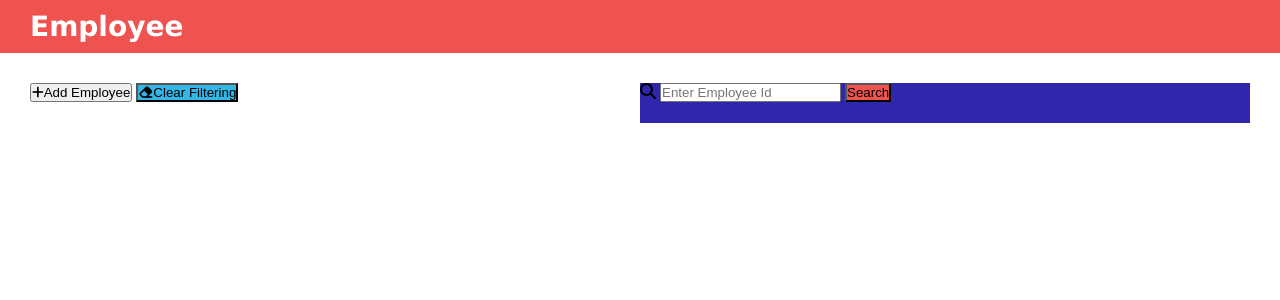
Repository: shivaniwankar21/employe_Registration
Page: index.html
An editor plug-in stored every save of this project. The page is shown before and after the next save, followed by the edit.
The browser window is 1280 px wide. The pictures show the whole page.

Above is the page before, as saved 2024-03-06 16:03:41.

After the next save:
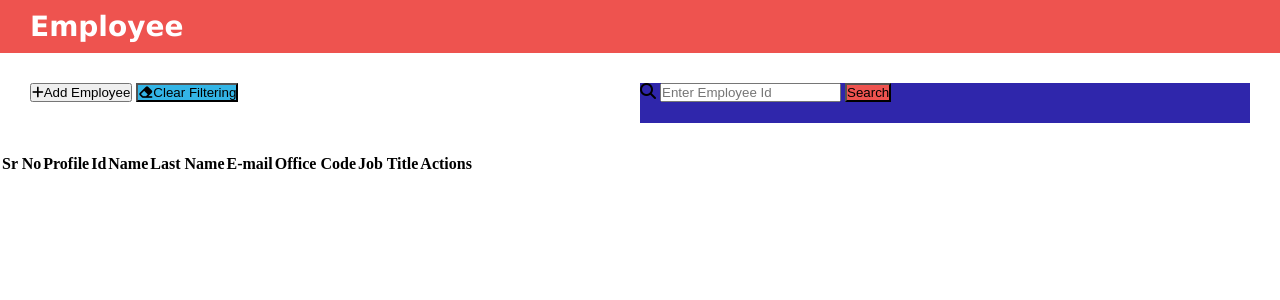
Saved 5 min 8 s later.
--- a/index.html
+++ b/index.html
@@ -26,7 +26,22 @@
       <button style=" background-color: #ee534f">Search</button>
     </div>
   </div>
-  <script type="module" src="script.js"></script>
+  <div class="table-box">
+    <table>
+      <tr>
+        <th>Sr No</th>
+        <th>Profile</th>
+        <th>Id</th>
+        <th>Name</th>
+        <th>Last Name</th>
+        <th>E-mail</th>
+        <th>Office Code</th>
+        <th>Job Title</th>
+        <th>Actions</th>
+      </tr>
+    </table>
+  </div>
+  <script src="script.js"></script>
 </body>
 
 </html>
